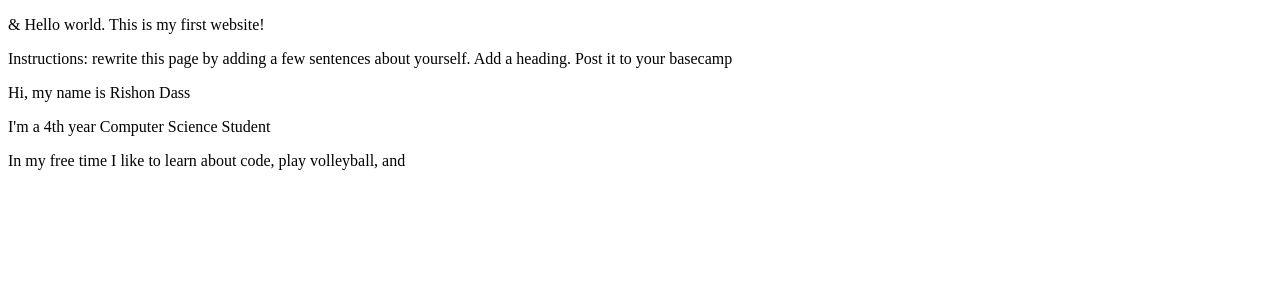
Repository: rishondass/ITMD361-Lab1
Page: lab1.html
These files come from the project's save history. The page is drawn as it stood at one moment and after a run of saves; the edit follows.
The browser window is 1280 px wide. The pictures show the whole page.

Above is the page before, as saved 2023-01-13 13:35:55.

### lab1.html
<!DOCTYPE html>
<html lang="en">
<head>
	<meta charset="UTF-8">
	<title>ITMD-361 Internet Technologies and Web Design</title>
</head>
<body>
  <p>&amp; Hello world. This is my first website!</p>
  <p>Instructions: rewrite this page by adding a few sentences about yourself. Add a heading. Post it to your basecamp</p>

  <p>Hi, my name is Rishon Dass</p>
  <p>I'm a 4th year Computer Science Student</p>
  <p>In my free time I like to learn about code, play volleyball, and </p>
</body>
</html>

After the next 2 saves:
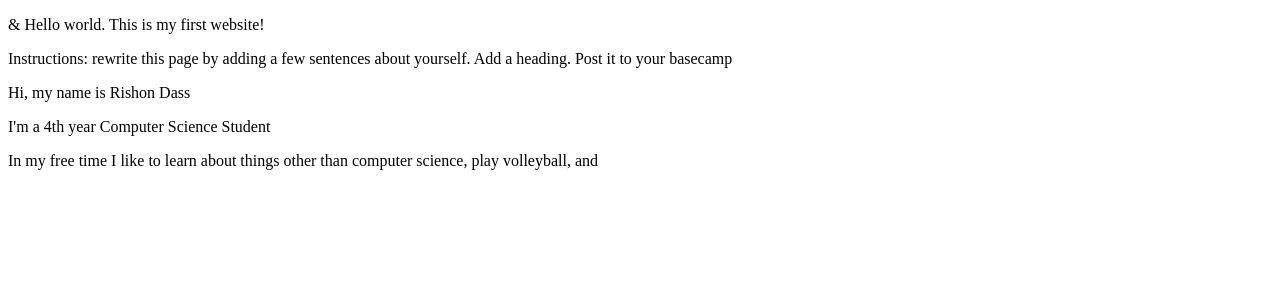
The 2 saves are shown as one change because they came seconds apart.
The last was saved 15 s later.
--- a/lab1.html
+++ b/lab1.html
@@ -10,6 +10,6 @@
 
   <p>Hi, my name is Rishon Dass</p>
   <p>I'm a 4th year Computer Science Student</p>
-  <p>In my free time I like to learn about code, play volleyball, and </p>
+  <p>In my free time I like to learn about things other than computer science, play volleyball, and </p>
 </body>
 </html>
